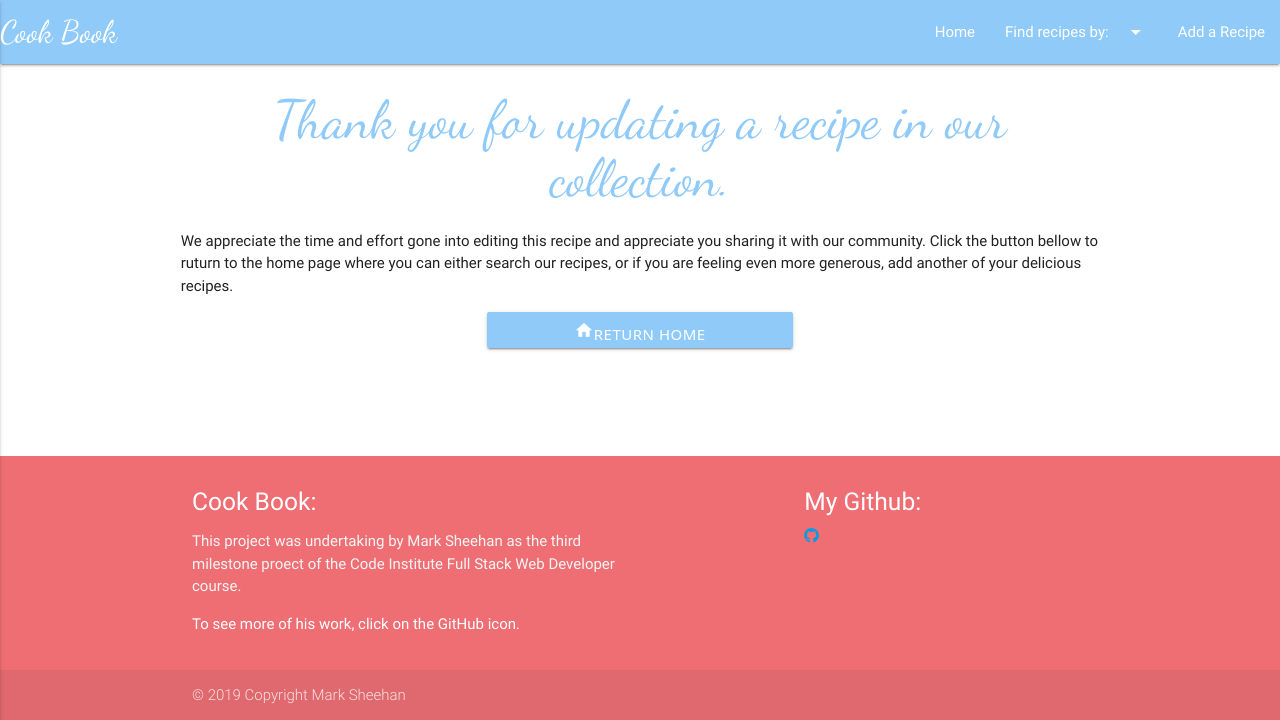
Repository: MarkSheehan72/milestone-project-3
Page: http://localhost/thanks_update
The author's editor kept a record of every edit. The page is drawn from the files as they stood at one moment, then again after the next edit.
The browser window is 1280 px wide. The pictures show the whole page.
Some web fonts or font styles are not loaded; a fallback is used. Some web libraries are served in a nearby version. The page is served by the project's application, run on Flask 3 (app.py).

Above is the page before.

### templates/thanks_update.html
{% extends 'base.html' %} {% block content%}


<!--Thanks you (update) page:-->
<!--Users are sent to this page after they edit a recipe.-->
<!--This gives users assured feedback that their recipe has been edited.-->

<div class="row">
    <h2 class="center-align title-font center blue-text text-lighten-3">Thank you for updating a recipe in our collection.</h2>
    <p class="center_align">We appreciate the time and effort gone into editing this recipe and appreciate you sharing it with our community. Click the button
    bellow to ruturn to the home page where you can either search our recipes, or if you are feeling even more generous, add another of your
    delicious recipes.</p>
    <a href="{{url_for('index')}}" class="waves-effect waves-light btn blue lighten-3 standard-font hoverable col s12 m4 offset-m4"><i class="material-icons">home</i>Return Home</a>
</div>




{% endblock %}

### templates/base.html
<!DOCTYPE html>
<html lang="en">

<head>
    <meta charset="UTF-8">
    <meta name="viewport" content="width=device-width, initial-scale=1.0">
    <meta http-equiv="X-UA-Compatible" content="ie=edge">
    <title>Cookbook</title>

    <link href="https://fonts.googleapis.com/icon?family=Material+Icons" rel="stylesheet">
    <link rel="stylesheet" href="https://cdnjs.cloudflare.com/ajax/libs/materialize/0.100.2/css/materialize.min.css">
    <link rel="stylesheet" href="https://cdnjs.cloudflare.com/ajax/libs/font-awesome/5.9.0/css/all.min.css"/>
    <link href="https://fonts.googleapis.com/css?family=Dancing+Script|Source+Serif+Pro&display=swap" rel="stylesheet">
    <link rel="stylesheet" href="{{url_for('static', filename='css/style.css')}}" type="text/css" />

</head>

<body>

<!--Navbar:-->
<!--Split into the normal and mobile versions.-->
    <header>
        <ul id="dropdown1" class="dropdown-content">
            <li><a href="{{url_for('search_recipe_title')}}">Recipe Title</a></li>
            <li class="divider"></li>
            <li><a href="{{url_for('search_cuisine')}}">Cuisine</a></li>
            <li class="divider"></li>
            <li><a href="{{url_for('search_ingredient')}}">Ingredients</a></li>
            <li class="divider"></li>
            <li><a href="{{url_for('search_username')}}">Your Username</a></li>
        </ul>
        <nav>
            <div class="nav-wrapper blue lighten-3">
                <a href="{{url_for('index')}}" class="brand-logo title-font">Cook Book</a>
                <a href="#" data-activates="mobile-demo" class="button-collapse"><i class="material-icons">menu</i></a>
                <ul id="nav-mobile" class="right hide-on-med-and-down">
                    <li><a href="{{url_for('index')}}">Home</a></li>
                    <li><a class="dropdown-button" href="#!" data-beloworigin="true" data-activates="dropdown1">Find recipes by:<i class="material-icons right">arrow_drop_down</i></a></li>
                    <li><a href="{{url_for('add_recipe')}}">Add a Recipe</a></li>
                </ul>
                <ul class="side-nav" id="mobile-demo">
                    <li><a href="{{url_for('index')}}">Home</a></li>
                    <li><a href="{{url_for('get_recipes')}}">Find a Recipe</a></li>
                    <li><a href="{{url_for('add_recipe')}}">Add a Recipe</a></li>
                </ul>
            </div>
        </nav>
    </header>

<!--Block content:-->
<!--Div for the block content extended from other pages.-->
    <main>
        <div class="container">
            {% block content %} {% endblock %}

        </div>
    </main>

    <footer class="page-footer">
        <div class="container">
            <div class="row">
                <div class="col l6 s12">
                    <h5 class="white-text">Cook Book:</h5>
                    <p class="grey-text text-lighten-4">This project was undertaking by Mark Sheehan as the third milestone proect of the Code Institute Full Stack Web Developer course.</p>
                    <p>To see more of his work, click on the GitHub icon.</p>
                </div>
                <div class="col l4 offset-l2 s12">
                    <h5 class="white-text">My Github:</h5>
                    <a href="https://github.com/MarkSheehan72"><i class="fab fa-github"></i></a>
                </div>
            </div>
        </div>
        <div class="footer-copyright">
            <div class="container">
                © 2019 Copyright Mark Sheehan
            </div>
        </div>
    </footer>

<!--Javascript/JQuery content:-->
<!--Linked Javascript content and JQuery functions from Materialize.-->
    <script src="https://cdnjs.cloudflare.com/ajax/libs/jquery/3.2.1/jquery.min.js"></script>
    <script src="https://cdnjs.cloudflare.com/ajax/libs/materialize/0.100.2/js/materialize.min.js"></script>
    <script type="text/javascript">
        $(document).ready(function() {
            $('.collapsible').collapsible();
            $(".button-collapse").sideNav();
            $(".dropdown-button").dropdown({ hover: true });
            $('.modal').modal();
            $('.parallax').parallax();
        });
    </script>

</body>

</html>

### app.py
import os
from flask import Flask, render_template, redirect, request, url_for
from flask_pymongo import PyMongo
from bson.objectid import ObjectId
from itertools import islice

app = Flask(__name__)

app.config["MONGO_DBNAME"] = 'cook_book'
app.config["MONGO_URI"] = 'mongodb+srv://root:r00tUser@myfirstcluster-chhcw.mongodb.net/cook_book?retryWrites=true&w=majority'

mongo = PyMongo(app)


#////////////////////////////////////////////////# Home Page
@app.route('/')
@app.route('/index')
def index():
    recipes=mongo.db.recipes.find().sort("views", -1)
    return render_template("index.html", recipes=recipes)


#////////////////////////////////////////////////# Add recipe page
@app.route('/add_recipe')
def add_recipe():
    recipes=mongo.db.recipes.find()
    categories=mongo.db.categories.find()
    return render_template("addrecipe.html", recipes=recipes, categories=categories)


#////////////////////////////////////////////////# Function for inserting a recipe as a document in MongoDB. Once a user has added a recipe,
#////////////////////////////////////////////////# they will be redirecte to thanks.html, which is just a confirmation for the viewer that they
#////////////////////////////////////////////////# have successfully added a recipe to the app.
@app.route('/insert_recipe', methods=['POST'])
def insert_recipe():
    recipes = mongo.db.recipes
    recipes.insert(
    {
        'recipe_title': request.form.get('recipe_title').lower(),
        'recipe_description': request.form.get('recipe_description').lower(),
        'recipe_cuisine': request.form.get('recipe_cuisine').lower(),
        'user':
            {'name': request.form.get('user_name').lower(),
            'country': request.form.get('user_country').lower()},
        'ingredients':
            [
                {
                        'name': request.form.get('ingredient_name_1').lower(),
                        'amount': request.form.get('ingredient_amount_1').lower(),
                        'allergen': request.form.get('ingredient_allergen_1').lower()
                },
                {
                        'name': request.form.get('ingredient_name_2').lower(),
                        'amount': request.form.get('ingredient_amount_2').lower(),
                        'allergen': request.form.get('ingredient_allergen_2').lower()
                },
                {
                        'name': request.form.get('ingredient_name_3').lower(),
                        'amount': request.form.get('ingredient_amount_3').lower(),
                        'allergen': request.form.get('ingredient_allergen_3').lower()
                },
                {
                        'name': request.form.get('ingredient_name_4').lower(),
                        'amount': request.form.get('ingredient_amount_4').lower(),
                        'allergen': request.form.get('ingredient_allergen_4').lower()
                },
                {
                        'name': request.form.get('ingredient_name_5').lower(),
                        'amount': request.form.get('ingredient_amount_5').lower(),
                        'allergen': request.form.get('ingredient_allergen_5').lower()
                },
                {
                        'name': request.form.get('ingredient_name_6').lower(),
                        'amount': request.form.get('ingredient_amount_6').lower(),
                        'allergen': request.form.get('ingredient_allergen_6').lower()
                },
                {
                        'name': request.form.get('ingredient_name_7').lower(),
                        'amount': request.form.get('ingredient_amount_7').lower(),
                        'allergen': request.form.get('ingredient_allergen_7').lower()
                },
                {
                        'name': request.form.get('ingredient_name_8').lower(),
                        'amount': request.form.get('ingredient_amount_8').lower(),
                        'allergen': request.form.get('ingredient_allergen_8').lower()
                },
                {
                        'name': request.form.get('ingredient_name_9').lower(),
                        'amount': request.form.get('ingredient_amount_9').lower(),
                        'allergen': request.form.get('ingredient_allergen_9').lower()
                },
                {
                        'name': request.form.get('ingredient_name_10').lower(),
                        'amount': request.form.get('ingredient_amount_10').lower(),
                        'allergen': request.form.get('ingredient_allergen_10').lower()
                }
            ],
        'method': request.form.getlist('recipe_method'),
        'image': request.form.get('image')
    })
    return redirect(url_for('thanks'))


#////////////////////////////////////////////////Thank you page - users are sent to this page after they submit a recipe.
#////////////////////////////////////////////////This gives users assured feedback that their recipe has been added.
@app.route('/thanks')
def thanks():
    return render_template("thanks.html")


#////////////////////////////////////////////////Page linked from pressing the "Find Recipe" button on index.html.
#////////////////////////////////////////////////Also linked from the "Find Recipes" option in the mobile side nav.
@app.route('/get_recipes')
def get_recipes():
    recipes=mongo.db.recipes.find()
    categories=mongo.db.categories.find()
    return render_template("recipes.html", recipes=recipes, categories=categories)


# @app.route('/search_category/<category_id>')
# def search_category(category_id):
#     the_category = mongo.db.categories.find({'_id': ObjectId(category_id)})
#     all_categories = mongo.db.categories.find()
#     recipes=mongo.db.recipes.find()
#     return render_template("search_category.html", recipes=recipes, category=the_category, categories=all_categories)


# @app.route('/search_recipes/<category_id>', methods=['POST'])
# def search_recipes(category_id):
#     the_category = mongo.db.categories.find({'_id': ObjectId(category_id)})
#     all_categories = mongo.db.categories.find()
#     recipes=mongo.db.recipes.find()
#     search = request.form.get('search_recipes')
#     title_search = mongo.db.recipes.find({"recipe_title": {"$regex":search}})
#     cuisine_search = mongo.db.recipes.find({"recipe_cuisine": {"$regex":search}})
#     ingredients_search = mongo.db.recipes.find({"ingredients.name": {"$regex":search}})
#     return render_template("search_recipes.html", recipes=recipes, category=the_category, categories=all_categories, title_search=title_search, cuisine_search=cuisine_search, ingredients_search=ingredients_search)


#////////////////////////////////////////////////Search Views:
#////////////////////////////////////////////////The following views provide users with a search page for their desired search category,
#////////////////////////////////////////////////and the search results from those pages.

@app.route('/search_username')
def search_username():
    recipes=mongo.db.recipes.find()
    return render_template("search_username.html", recipes=recipes)


@app.route('/search_recipes_by_username', methods=['POST'])
def search_recipes_by_username():
    recipes=mongo.db.recipes.find()
    search = request.form.get('search_recipes_by_username').lower()
    username_search = mongo.db.recipes.find({"user.name": {"$regex":search}}).sort("views", -1)
    count = username_search.count()
    return render_template("search_recipes_by_username.html", recipes=recipes, username_search=username_search, count=count)


@app.route('/search_cuisine')
def search_cuisine():
    recipes=mongo.db.recipes.find()
    return render_template("search_cuisine.html", recipes=recipes)


@app.route('/search_recipes_by_cuisine', methods=['POST'])
def search_recipes_by_cuisine():
    recipes=mongo.db.recipes.find()
    search = request.form.get('search_recipes_by_cuisine').lower()
    cuisine_search = mongo.db.recipes.find({"recipe_cuisine": {"$regex":search}}).sort("views", -1)
    count = cuisine_search.count()
    return render_template("search_recipes_by_cuisine.html", recipes=recipes, cuisine_search=cuisine_search, count=count)


@app.route('/search_ingredient')
def search_ingredient():
    recipes=mongo.db.recipes.find()
    return render_template("search_ingredient.html", recipes=recipes)


@app.route('/search_recipes_by_ingredient', methods=['POST'])
def search_recipes_by_ingredient():
    recipes=mongo.db.recipes.find()
    search = request.form.get('search_recipes_by_ingredient').lower()
    ingredient_search = mongo.db.recipes.find({"ingredients.name": {"$regex":search}}).sort("views", -1)
    count = ingredient_search.count()
    return render_template("search_recipes_by_ingredient.html", recipes=recipes, ingredient_search=ingredient_search, count=count)


@app.route('/search_recipe_title')
def search_recipe_title():
    recipes=mongo.db.recipes.find()
    return render_template("search_recipe_title.html", recipes=recipes)


@app.route('/search_recipes_by_recipe_title', methods=['POST'])
def search_recipes_by_recipe_title():
    recipes=mongo.db.recipes.find()
    search = request.form.get('search_recipes_by_recipe_title').lower()
    recipe_title_search = mongo.db.recipes.find({"recipe_title": {"$regex":search}}).sort("views", -1)
    count = recipe_title_search.count()
    return render_template("search_recipes_by_recipe_title.html", recipes=recipes, recipe_title_search=recipe_title_search, count=count)


#////////////////////////////////////////////////The recipe view:
#////////////////////////////////////////////////The page for the particular recipe picked by the user.
@app.route('/the_recipe/<recipe_id>')
def the_recipe(recipe_id):
    the_recipe = mongo.db.recipes.find({'_id': ObjectId(recipe_id)})
    mongo.db.recipes.update({'_id': ObjectId(recipe_id)}, { '$inc': { 'views': 1 } })
    return render_template("the_recipe.html", recipe=the_recipe)


#////////////////////////////////////////////////Edit recipe view:
#////////////////////////////////////////////////Where users can edit the details of a selected recipe.
@app.route('/edit_recipe/<recipe_id>')
def edit_recipe(recipe_id):
    the_recipe = mongo.db.recipes.find_one({'_id': ObjectId(recipe_id)})
    return render_template('edit_recipe.html', recipe=the_recipe)

@app.route('/update_recipe/<recipe_id>', methods=['POST'])
def update_recipe(recipe_id):
    recipes = mongo.db.recipes

    #Get an array of each ingredient element:
    ingredients_name = request.form.getlist('ingredient_name')
    ingredients_amount = request.form.getlist('ingredient_amount')
    ingredients_allergen = request.form.getlist('ingredient_allergen')

    #Loops through each array and creates an object containing each ingredient's name, amount and allergen info.
    #Then appends this collection of objects to an array (ingredients_array):
    ingredients_array = []
    for name, amount, allergen in islice(zip(ingredients_name, ingredients_amount, ingredients_allergen), 0, None):
        temporary_object = {}
        temporary_object.update({'name': name.lower()})
        temporary_object.update({'amount': amount.lower()})
        temporary_object.update({'allergen': allergen.lower()})
        ingredients_array.append(temporary_object)

    #Updates the recipe fields:
    recipes.update( {'_id': ObjectId(recipe_id)},
    {
        'recipe_title': request.form.get('recipe_title').lower(),
        'recipe_description': request.form.get('recipe_description').lower(),
        'recipe_cuisine': request.form.get('recipe_cuisine').lower(),
        'user':
            {'name': request.form.get('user_name').lower(),
            'country': request.form.get('user_country').lower()},
        'ingredients': ingredients_array,
        'method': request.form.getlist('recipe_method'),
        'image': request.form.get('image')
    })
    return redirect(url_for('thanks_update'))


#////////////////////////////////////////////////Thank you (update) page - users are sent to this page after they edit a recipe.
#////////////////////////////////////////////////This gives users assured feedback that their recipe has been edited.
@app.route('/thanks_update')
def thanks_update():
    return render_template("thanks_update.html")


#////////////////////////////////////////////////Delete recipe view:
#////////////////////////////////////////////////Where users can delete a selected recipe.
@app.route('/delete_recipe/<recipe_id>')
def delete_recipe(recipe_id):
    recipes = mongo.db.recipes
    recipes.remove({'_id': ObjectId(recipe_id)})
    return redirect(url_for('index'))


if __name__ == '__main__':
    app.run(host=os.environ.get('IP'),
    port=int(os.environ.get('PORT')),
    debug=True)

### static/css/style.css
@import url('https://fonts.googleapis.com/css?family=Noto+Sans|Dancing+Script&display=swap');

body {
    display: flex;
    min-height: 100vh;
    flex-direction: column;
}

main {
    flex: 1 0 auto;
}

a {
    text-decoration: none;
}


/*Fonts*/

.title-font {
    font-family: 'Dancing Script', cursive;
}

.standard-font {
    font-family: 'Noto Sans', sans-serif;
}


/*Height for Parallax Container*/
.parallax-container {
    height: 400px;
    margin-top: 10px;
    }

/*.modal-footer {*/
/*    text-align: center;*/
/*}*/


/*i.material-icons {*/
/*    padding-right: 5px;*/
/*}*/


/*.small{*/
/*    height: 200px;*/
/*}*/


/*.small-recipe-card {*/
/*    min-height: 170px;*/
/*}*/


/*a {*/
/*    font-size: 16px;*/
/*}*/


/*#index-img {*/
/*    max-height: 210px;*/
/*    margin-bottom: 10px;*/
/*}*/

/*#get-recipes-img {*/
/*    max-height: 170px;*/
/*}*/

/*.get_recipes_card {*/
/*    height: 200px;*/
/*    background-image: url("https://www.goodfreephotos.com/cache/food/cooking-ingredients-with-avocado-mushrooms-eggs.jpg")*/
/*}*/

/*.fixeditem{*/
/*    display:block;*/
/*    width:100%;*/
/*    height:200px;*/
/*    background-image:url(https://images.pexels.com/photos/342019/pexels-photo-342019.jpeg?auto=compress&cs=tinysrgb&dpr=2&h=650&w=940);*/
/*    overflow:scroll;*/
/*    }*/


/*.card-panel {*/
/*    margin-right: 5px;*/
/*}*/

After the next edit:
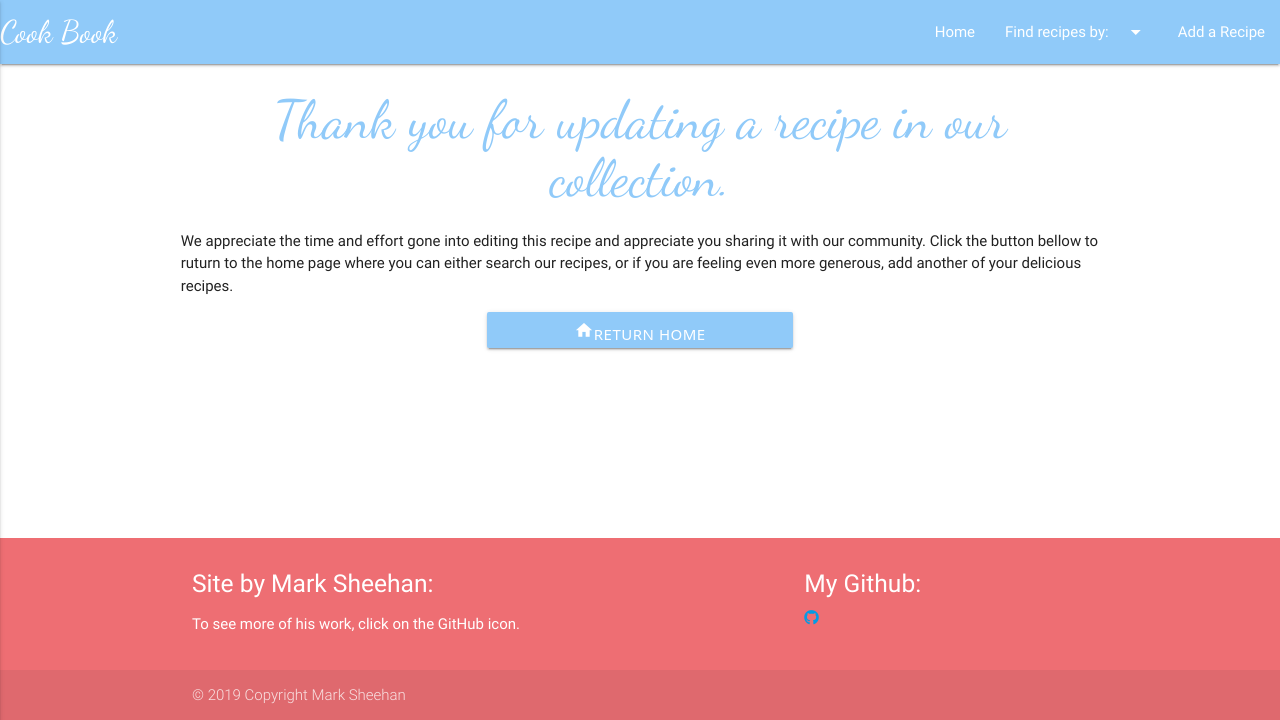
The edit:
--- a/templates/base.html
+++ b/templates/base.html
@@ -60,8 +60,7 @@
         <div class="container">
             <div class="row">
                 <div class="col l6 s12">
-                    <h5 class="white-text">Cook Book:</h5>
-                    <p class="grey-text text-lighten-4">This project was undertaking by Mark Sheehan as the third milestone proect of the Code Institute Full Stack Web Developer course.</p>
+                    <h5 class="white-text">Site by Mark Sheehan:</h5>
                     <p>To see more of his work, click on the GitHub icon.</p>
                 </div>
                 <div class="col l4 offset-l2 s12">
